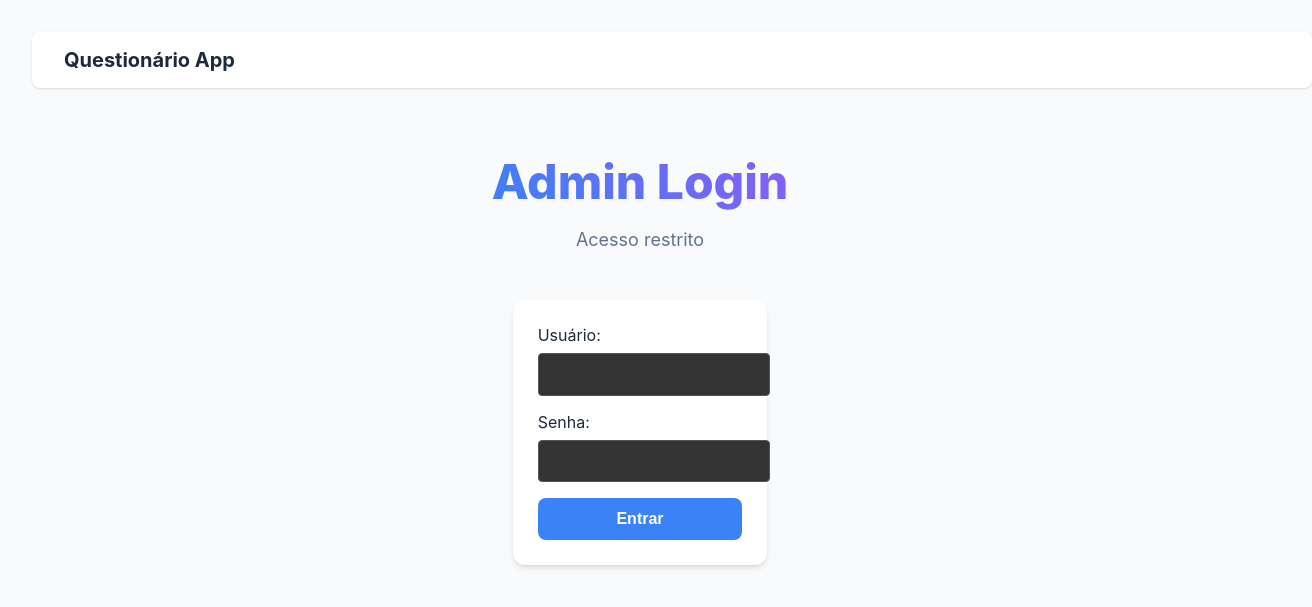
Repository: marcelomirandasilva/questionario
Page: /login (app in frontend/)
An editor plug-in stored every save of this project. The page is shown before and after the next save, followed by the edit.
The browser window is 1280 px wide. The page is 1312 px wide, so the pictures cover 1312 px, including what lies to the right of the window. The pictures show the whole page.
The project was rebuilt for these pictures with package versions that can differ from the ones it lists, and the page was loaded fresh each time. Also part of the build but not shown: frontend/vite.config.js, frontend/src/pages/Home.jsx, frontend/src/pages/Responder.jsx, frontend/src/pages/Admin.jsx.

Above is the page before, as saved 2026-01-07 09:52:13.

After the next save:
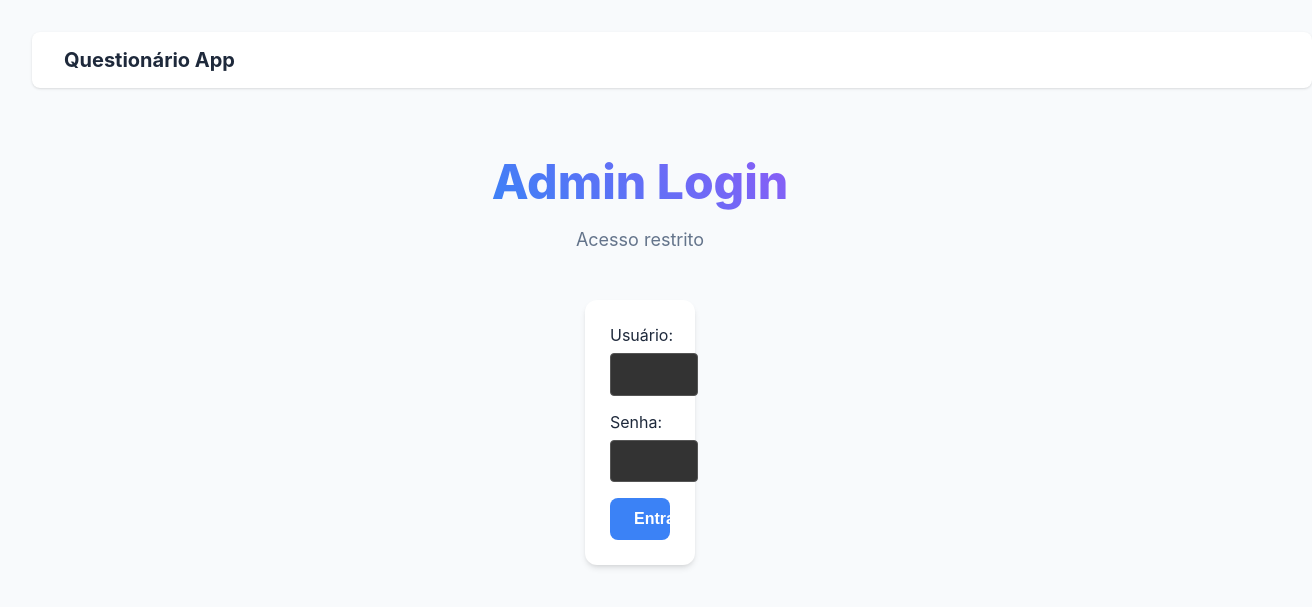
Saved 8 s later.
--- a/frontend/src/pages/Login.jsx
+++ b/frontend/src/pages/Login.jsx
@@ -31,7 +31,7 @@
         <p>Acesso restrito</p>
       </header>
 
-      <div className="card" style={{maxWidth: '600px', margin: '0 auto', textAlign: 'left'}}>
+      <div className="card" style={{maxWidth: '60px', margin: '0 auto', textAlign: 'left'}}>
         <form onSubmit={handleLogin}>
           <div style={{marginBottom: '1rem'}}>
             <label style={{display: 'block', marginBottom: '0.5rem'}}>Usuário:</label>

After the save that followed:
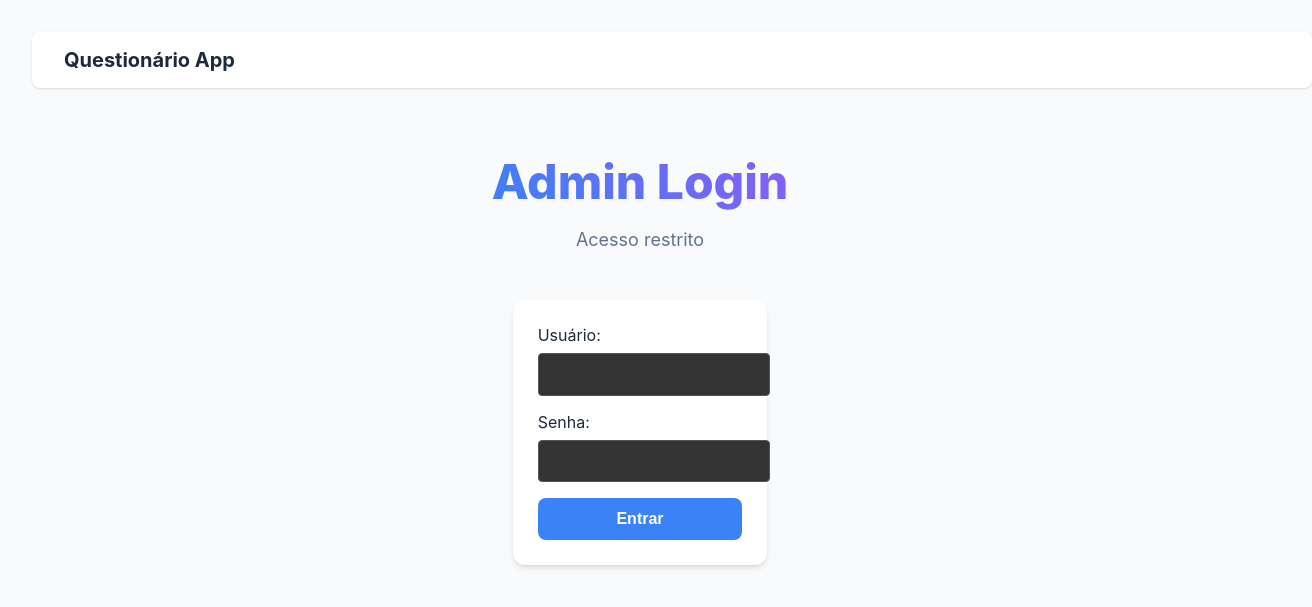
Saved 7 s later.
--- a/frontend/src/pages/Login.jsx
+++ b/frontend/src/pages/Login.jsx
@@ -31,7 +31,7 @@
         <p>Acesso restrito</p>
       </header>
 
-      <div className="card" style={{maxWidth: '60px', margin: '0 auto', textAlign: 'left'}}>
+      <div className="card" style={{maxWidth: '900px', margin: '0 auto', textAlign: 'left'}}>
         <form onSubmit={handleLogin}>
           <div style={{marginBottom: '1rem'}}>
             <label style={{display: 'block', marginBottom: '0.5rem'}}>Usuário:</label>
